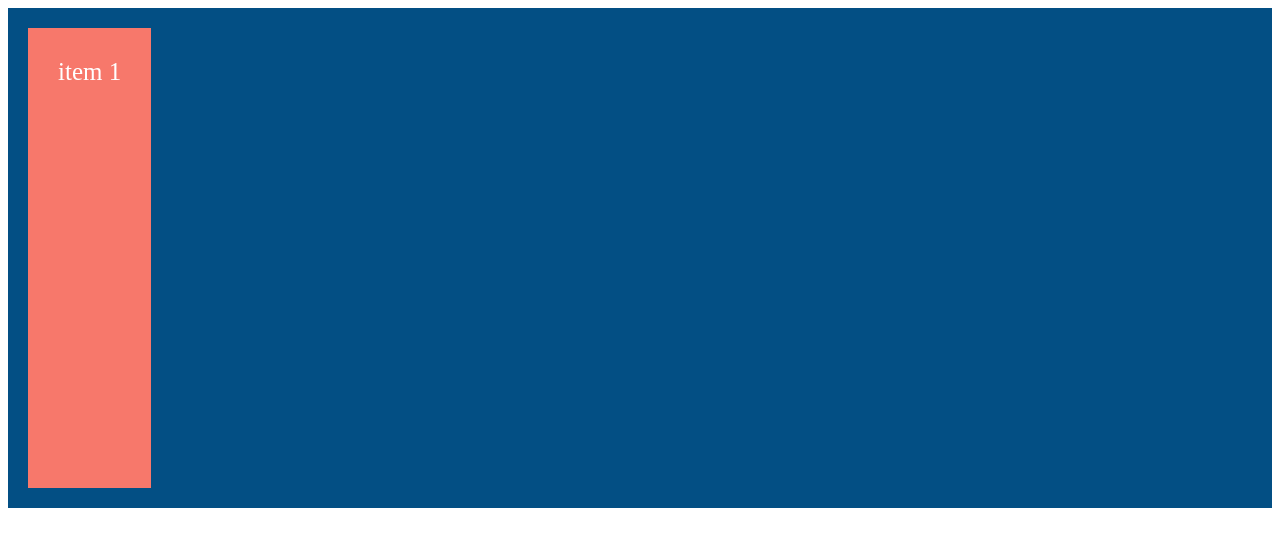
Repository: mehmetbuber38/flex
Page: flex-margin.html
An editor plug-in stored every save of this project. The page is shown before and after the next save, followed by the edit.
The browser window is 1280 px wide. The pictures show the whole page.

Above is the page before, as saved 2022-01-31 21:33:31.

After the next save:
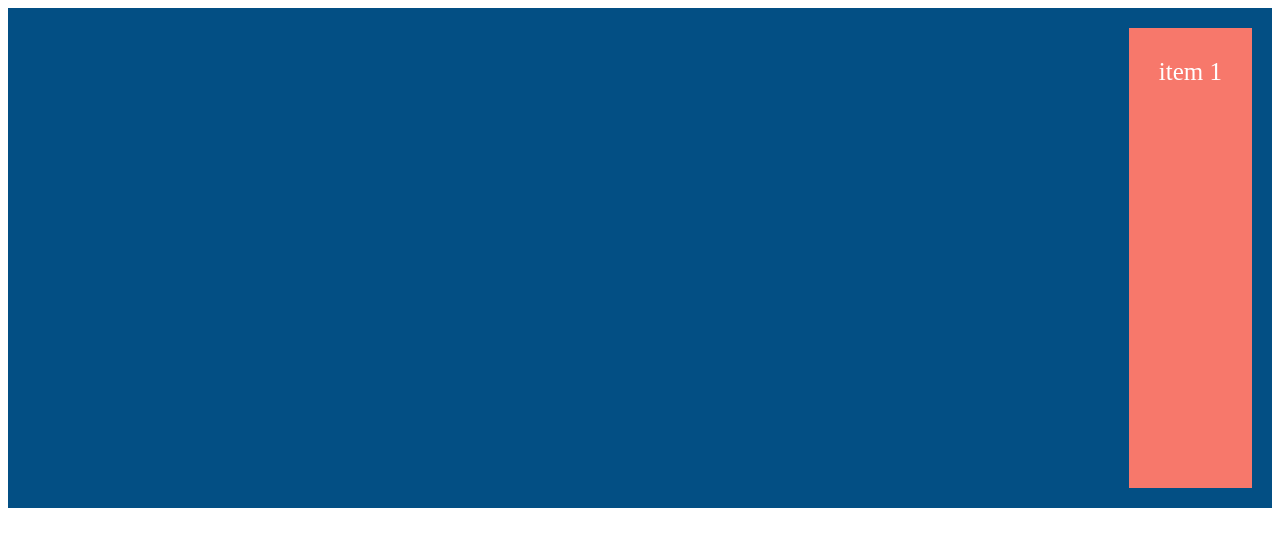
Saved 15 s later.
--- a/flex-margin.html
+++ b/flex-margin.html
@@ -28,7 +28,8 @@
         /* margin: auto; */
         /* margin-top: auto; */
         /* margin-bottom: auto; */
-        margin-right: auto;
+        /* margin-right: auto; */
+        margin-left: auto;
     }
 </style>
 
